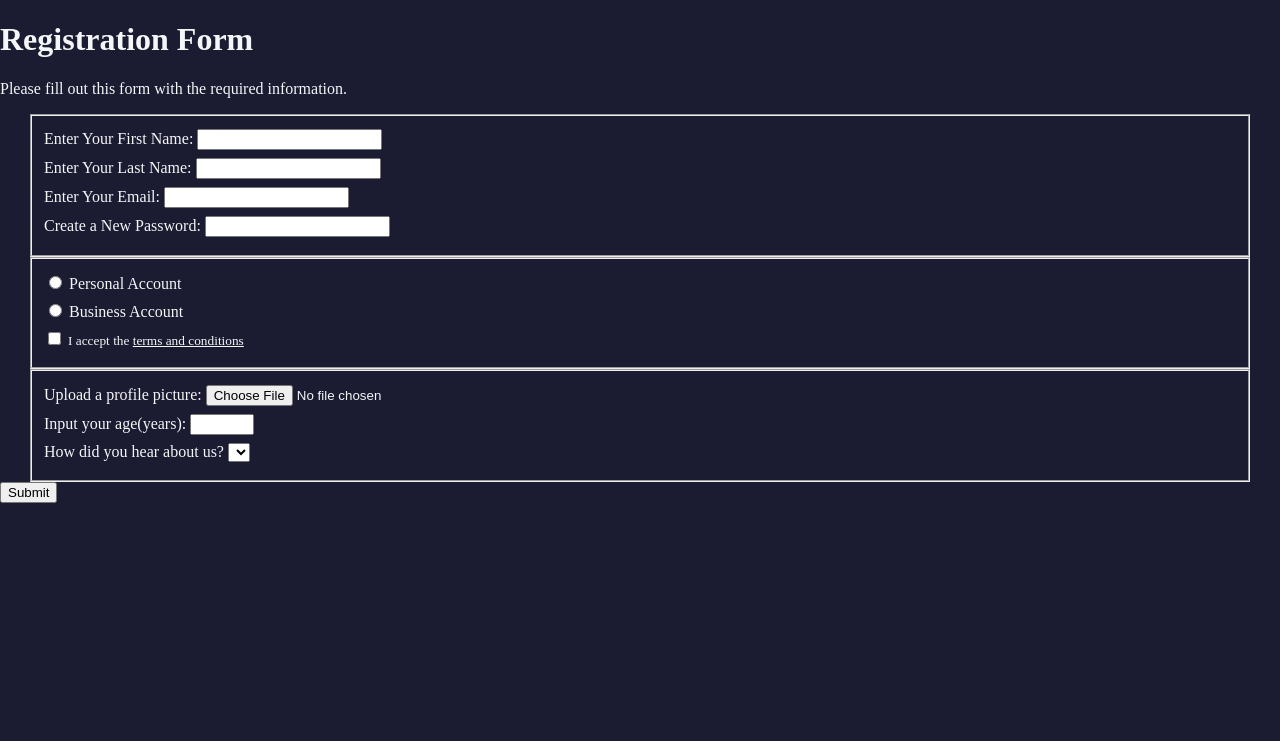
Repository: Lungdjos/registration_form
Page: index.html
An editor plug-in stored every save of this project. The page is shown before and after the next save, followed by the edit.
The browser window is 1280 px wide. The pictures show the whole page.

Above is the page before, as saved 2023-09-28 15:48:39.

### index.html
<!DOCTYPE html>
<html lang="en">

<head>
    <meta charset="UTF-8">
    <meta name="viewport" content="width=device-width, initial-scale=1.0">
    <title>Registration Form</title>
    <link rel="stylesheet" href="indexStyles.css">
</head>

<body>
    <h1>Registration Form</h1>
    <p>Please fill out this form with the required information.</p>
    <form action="https://register-demo.freecodecamp.org" method="post">
        <fieldset>
            <label for="first-name">Enter Your First Name: <input type="text" id="first-name" required> </label>
            <label for="last-name">Enter Your Last Name: <input type="text" id="last-name" required> </label>
            <label for="email">Enter Your Email: <input type="email" id="email" required> </label>
            <label for="new-password">Create a New Password: <input type="password" id="new-password" pattern="[A-Za-z0-9]{8,}" minlength="8" required> </label>
        </fieldset>
        <fieldset>
            <label for="personal-account"> <input type="radio" name="account-type" id="personal-account"> Personal Account</label>
            <label for="business-account"> <input type="radio" name="account-type" id="business-account"> Business Account</label>
            <label for="terms-and-conditions"> <input type="checkbox" name="" id="terms-and-conditions" required> <small>I accept the <a href="https://www.freecodecamp.org/news/terms-of-service/">terms and conditions</a> </small> </label>
        </fieldset>
        <fieldset>
            <label for="profile-pic">Upload a profile picture: <input type="file" name="" id="profile-pic"></label>
            <label for="age">Input your age(years): <input type="number" name="" id="" min="13" max="100"> </label>

            <label for=""> How did you hear about us?
                <select name="" id="">
                    <option value=""></option>
                    <option value=""></option>
                    <option value=""></option>
                    <option value=""></option>
                    <option value=""></option>
                </select>
            </label>
        </fieldset>
        <input type="submit" value="Submit" name="" id="">
    </form>
</body>

</html>

### indexStyles.css
/* CSS for the Registration Form */

body {
    width: 100%;
    height: 100vh;
    /* will need to set the value to */
    margin: auto;
    background-color: #1b1b32;
    color: #f5f6f7;
}

label {
    display: block;
    margin: .5rem 0;
}

a {
    color: #f5f6f7;
}

fieldset {
    margin: 0px 30px 0px 30px;
}

After the next save:
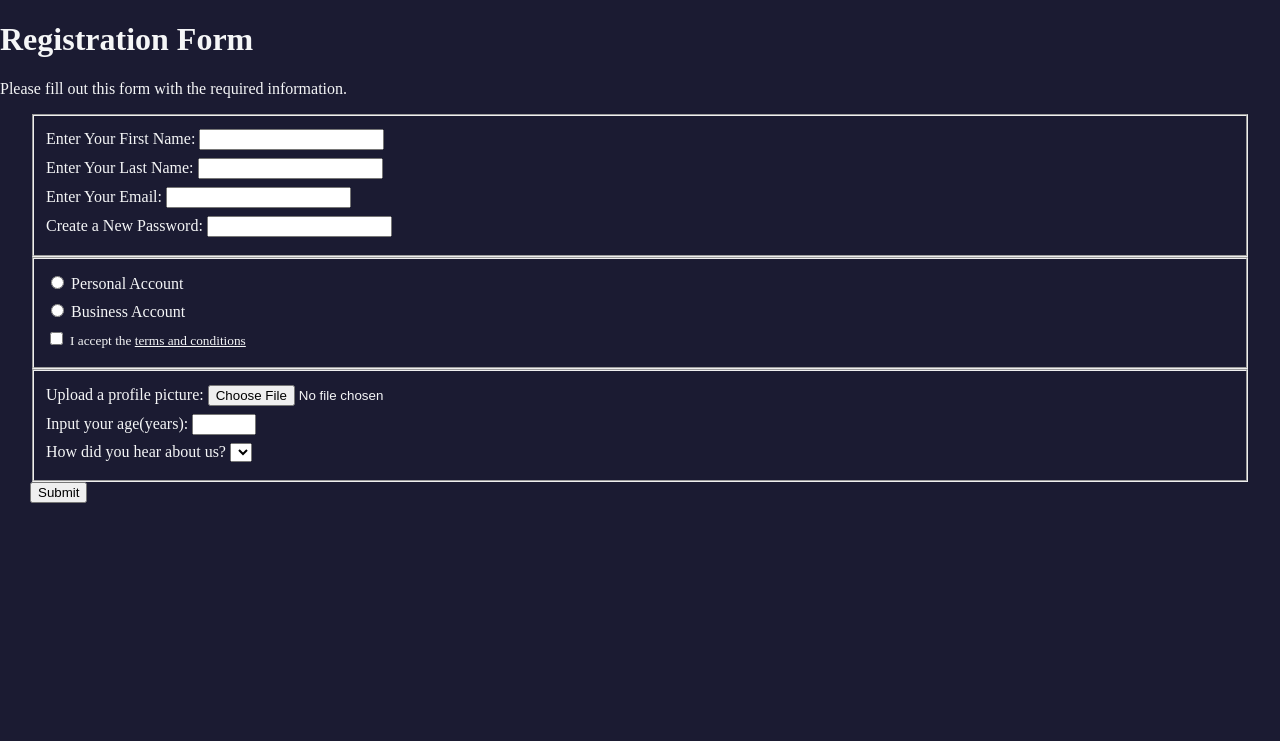
Saved 12 s later.
--- a/indexStyles.css
+++ b/indexStyles.css
@@ -18,6 +18,6 @@ a {
     color: #f5f6f7;
 }
 
-fieldset {
+form {
     margin: 0px 30px 0px 30px;
 }
